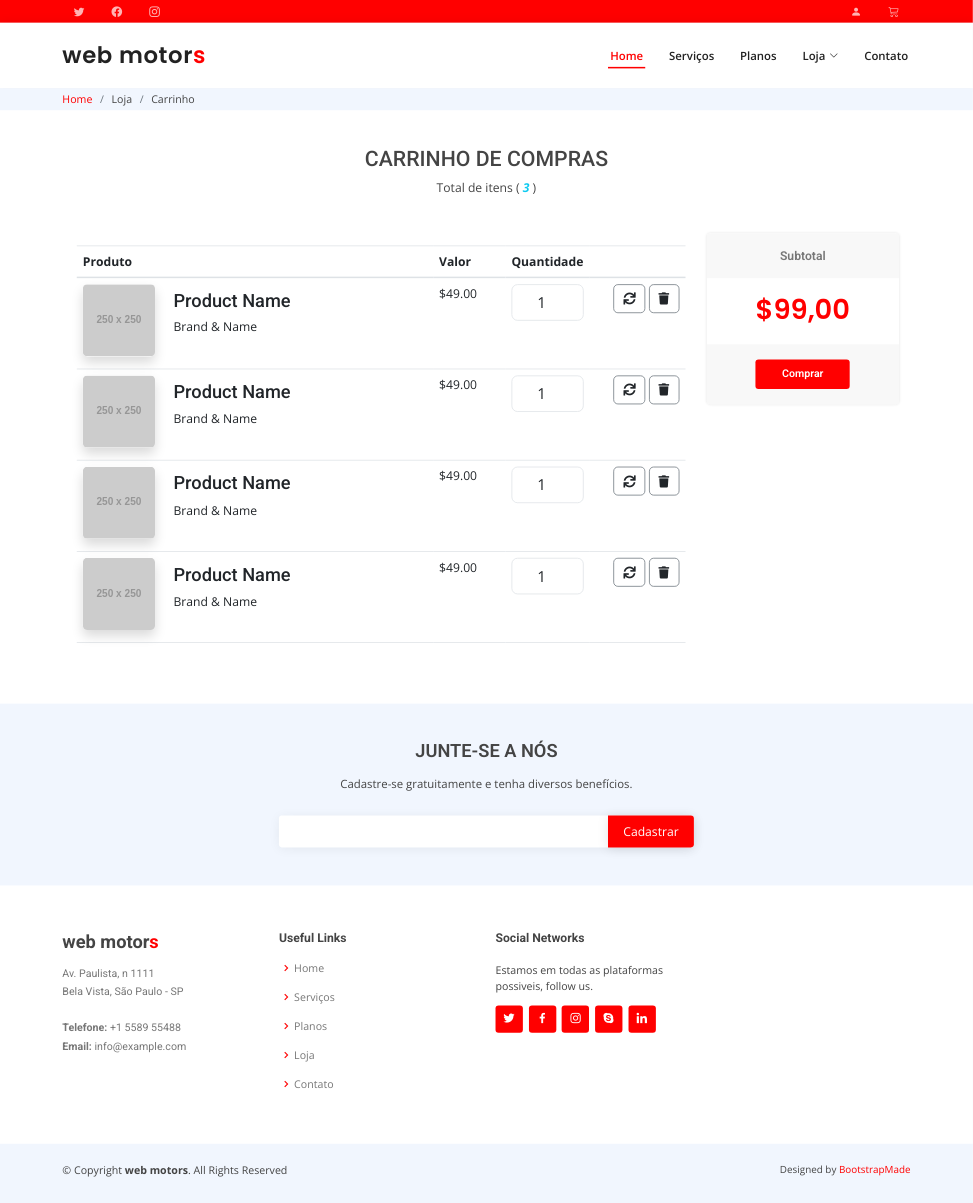
Repository: 01nethy/WebMotors
Page: cart.html
These files come from the project's save history. The page is drawn as it stood at one moment and after the next save; the edit follows.
The browser window is 1280 px wide. The pictures show the whole page, at 76% of full size.
Some web libraries are served in a nearby version.

Above is the page before, as saved 2023-10-07 22:33:11.
Console error: TypeError: Cannot read properties of undefined (reading 'fn')

After the next save:
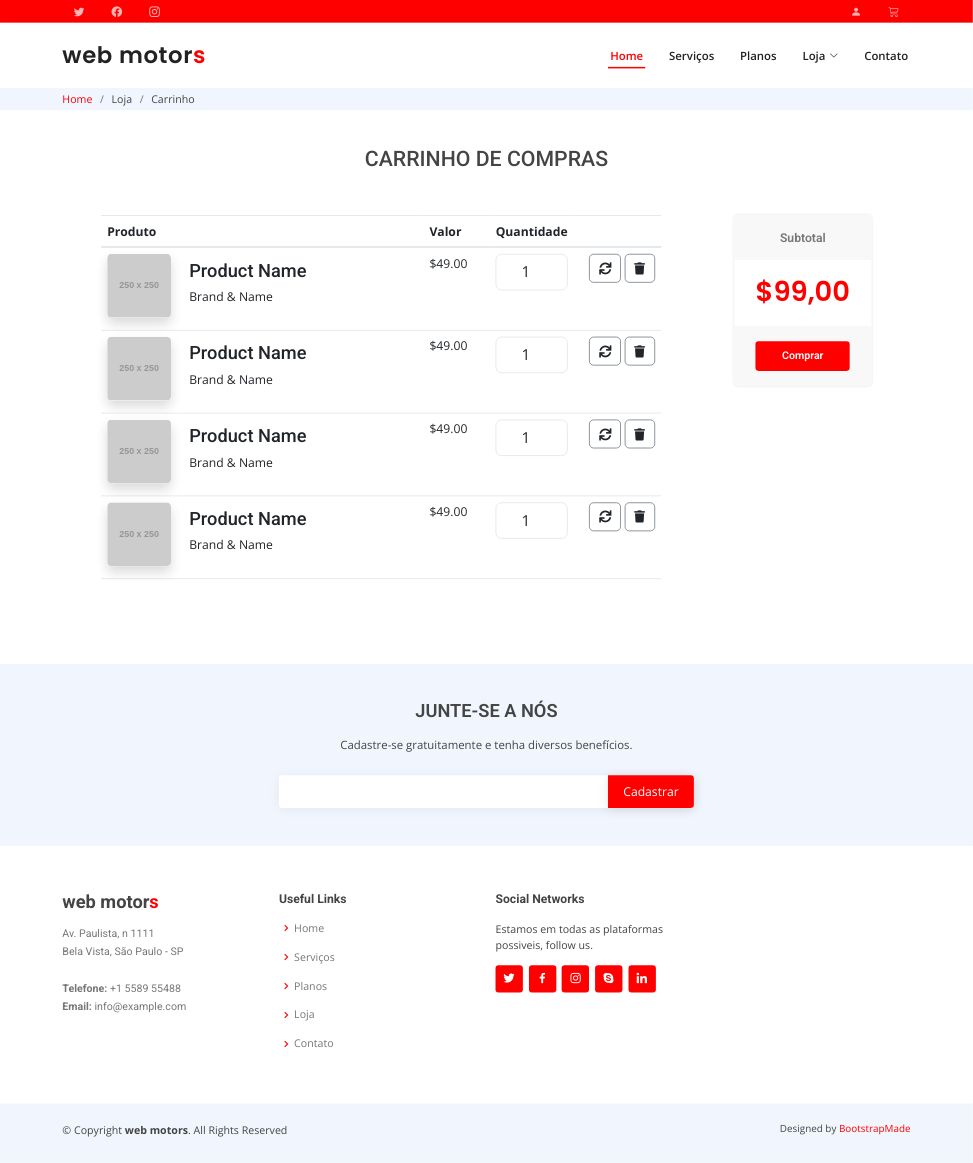
Saved 2 min 56 s later.
--- a/cart.html
+++ b/cart.html
@@ -107,10 +107,9 @@
         <div class="container">
             <div class="col-lg-12 col-md-12 col-12">
                 <h3 class="display-7 mb-2 text-center">CARRINHO DE COMPRAS</h3>
-                <p class="mb-5 text-center">Total de itens ( <i class="text-info font-weight-bold">3</i> ) </p>
                 <div class="row">
                     <table id="shoppingCart"
-                        class="table table-condensed table-responsive align-items-center w-75 p-3 col-8">
+                        class="table table-condensed table-responsive align-items-center w-75 p-5 col-8">
                         <thead>
                             <tr>
                                 <th style="width:60%">Produto</th>
@@ -236,7 +235,7 @@
 
                     </table>
 
-                    <aside class="container col-3 pricing">
+                    <aside class="container col-3 pricing p-5">
                         <div class="box">
                             <h3>Subtotal</h4>
                             <h4>$99,00</h1>
